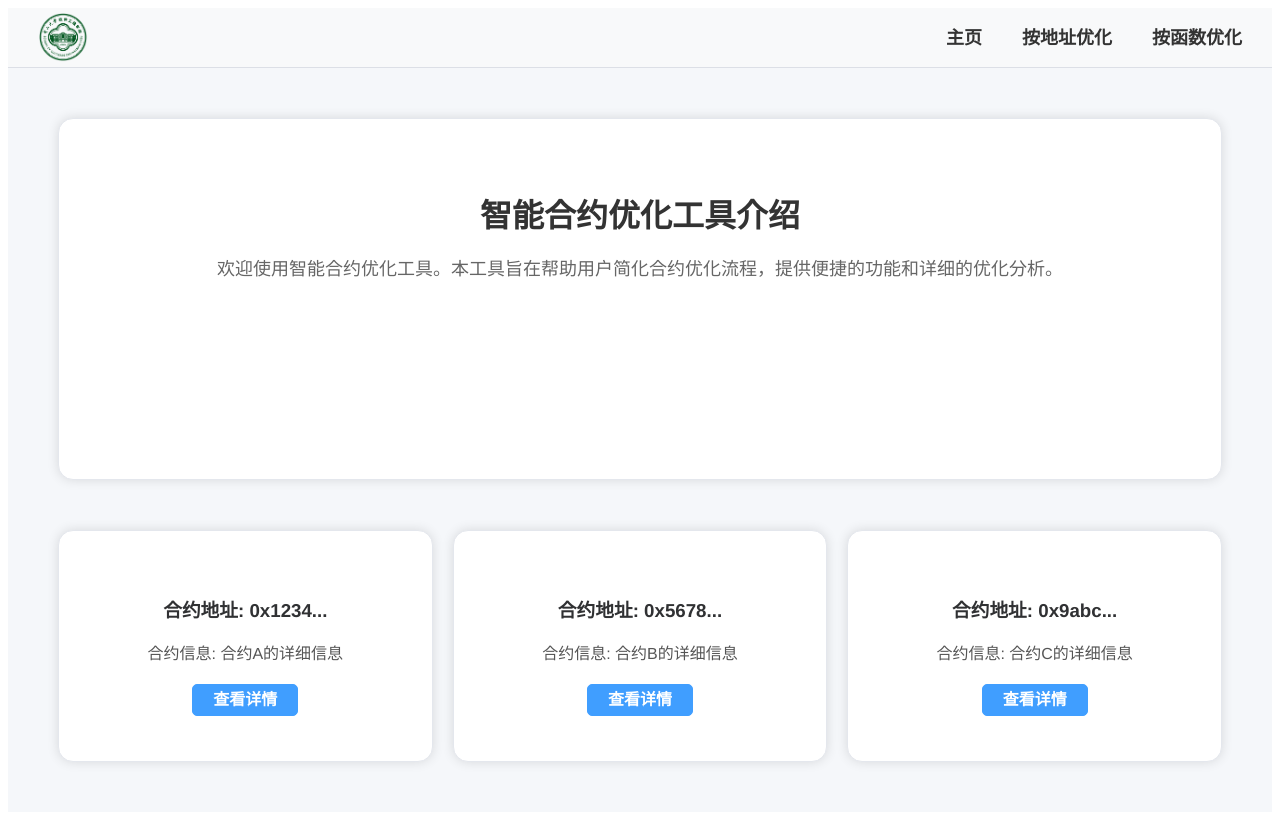
Repository: syckcoding/SmartHalo
Page: /
The author's editor kept a copy of each file at every save. The page is drawn from the files as they stood at one save, then again after the next save.
The browser window is 1280 px wide. The pictures show the whole page.
The project was rebuilt for these pictures with package versions that can differ from the ones it lists, and the page was loaded fresh each time. Also part of the build but not shown: vite.config.js, src/views/Detail.vue.

Above is the page before, as saved 2024-10-05 11:39:20.

After the next save:
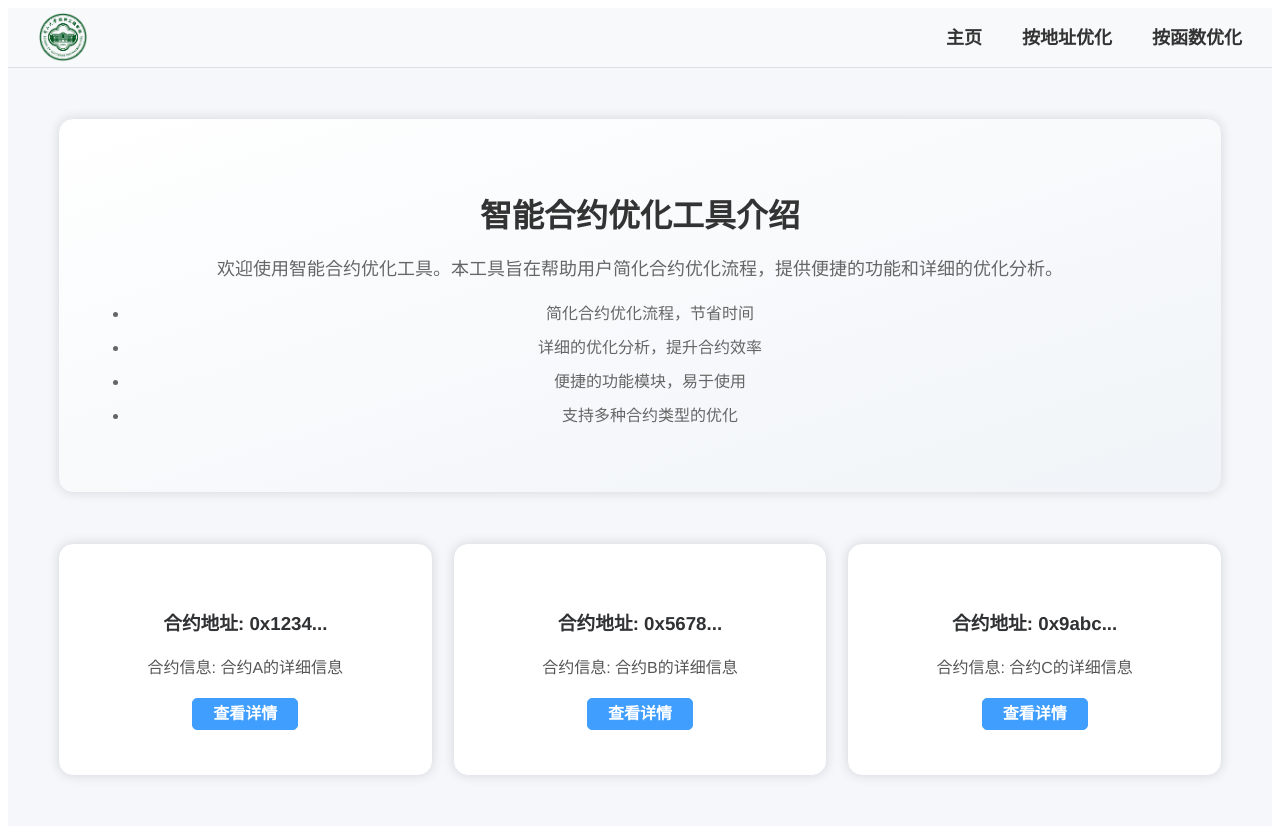
Saved 96 s later.
--- a/src/components/HomePage.vue
+++ b/src/components/HomePage.vue
@@ -112,7 +112,7 @@ export default {
 }
 </style> -->
 
-<template>
+<!-- <template>
   <div class="home">
     <el-row :gutter="20" class="intro-section">
       <el-col :span="24">
@@ -229,4 +229,138 @@ export default {
   background-color: #66b1ff;
   border-color: #66b1ff;
 }
+</style> -->
+
+<template>
+  <div class="home">
+    <el-row :gutter="20" class="intro-section">
+      <el-col :span="24">
+        <el-card class="intro-card">
+          <h1 class="intro-title">智能合约优化工具介绍</h1>
+          <p class="intro-description">欢迎使用智能合约优化工具。本工具旨在帮助用户简化合约优化流程，提供便捷的功能和详细的优化分析。</p>
+          <ul class="intro-features">
+            <li>简化合约优化流程，节省时间</li>
+            <li>详细的优化分析，提升合约效率</li>
+            <li>便捷的功能模块，易于使用</li>
+            <li>支持多种合约类型的优化</li>
+          </ul>
+        </el-card>
+      </el-col>
+    </el-row>
+
+    <el-row :gutter="20" class="contracts">
+      <el-col :span="8" v-for="contract in contracts" :key="contract.id">
+        <el-card class="box-card">
+          <div class="card-header">
+            <h3>合约地址: {{ contract.address }}</h3>
+          </div>
+          <div class="card-content">
+            <p>合约信息: {{ contract.info }}</p>
+          </div>
+          <div class="card-actions center-button">
+            <el-button type="primary" @click="viewDetails(contract.id)" class="details-button">查看详情</el-button>
+          </div>
+        </el-card>
+      </el-col>
+    </el-row>
+  </div>
+</template>
+
+<script>
+export default {
+  data() {
+    return {
+      contracts: [
+        { id: 1, address: '0x1234...', info: '合约A的详细信息' },
+        { id: 2, address: '0x5678...', info: '合约B的详细信息' },
+        { id: 3, address: '0x9abc...', info: '合约C的详细信息' },
+      ],
+    };
+  },
+  methods: {
+    viewDetails(contractId) {
+      this.$router.push({ name: 'Detail', params: { id: contractId } });
+    },
+  },
+};
+</script>
+
+<style scoped>
+.home {
+  padding: 50px;
+  background-color: #f5f7fa; /* 柔和的浅灰色背景，减少视觉疲劳 */
+}
+.intro-section {
+  margin-bottom: 50px;
+}
+.intro-card {
+  padding: 30px;
+  min-height: 300px;
+  background: linear-gradient(to bottom right, #ffffff, #f0f4f8); /* 添加背景渐变，使卡片更具视觉吸引力 */
+  border-radius: 15px; /* 增加圆角，使卡片更柔和 */
+  box-shadow: 0 6px 12px rgba(0, 0, 0, 0.1); /* 加深阴影，突出卡片效果 */
+}
+.intro-title {
+  font-size: 32px;
+  font-weight: bold;
+  color: #333;
+  margin-bottom: 15px;
+}
+.intro-description {
+  font-size: 18px;
+  color: #666;
+}
+.intro-features {
+  margin-top: 20px;
+  padding-left: 20px;
+  font-size: 16px;
+  color: #666;
+}
+.intro-features li {
+  margin-bottom: 10px;
+}
+.contracts {
+  margin-top: 30px;
+}
+.box-card {
+  padding: 25px;
+  background-color: #ffffff;
+  border-radius: 15px;
+  box-shadow: 0 6px 12px rgba(0, 0, 0, 0.1);
+  transition: transform 0.3s ease, box-shadow 0.3s ease; /* 添加阴影和位置变化的过渡效果 */
+}
+.box-card:hover {
+  transform: translateY(-8px);
+  box-shadow: 0 12px 24px rgba(0, 0, 0, 0.15); /* 悬停时增加阴影，提升卡片的层次感 */
+}
+.card-header {
+  margin-bottom: 15px;
+}
+.card-content {
+  font-size: 16px;
+  color: #555;
+  margin-bottom: 20px;
+}
+.card-actions {
+  text-align: center;
+  display: flex;
+  justify-content: center;
+  align-items: center;
+}
+.center-button {
+  margin-top: 20px;
+}
+.details-button {
+  background-color: #409eff;
+  border-color: #409eff;
+  color: #ffffff;
+  padding: 10px 20px;
+  font-size: 16px;
+  font-weight: bold;
+  border-radius: 5px;
+}
+.details-button:hover {
+  background-color: #66b1ff;
+  border-color: #66b1ff;
+}
 </style>
